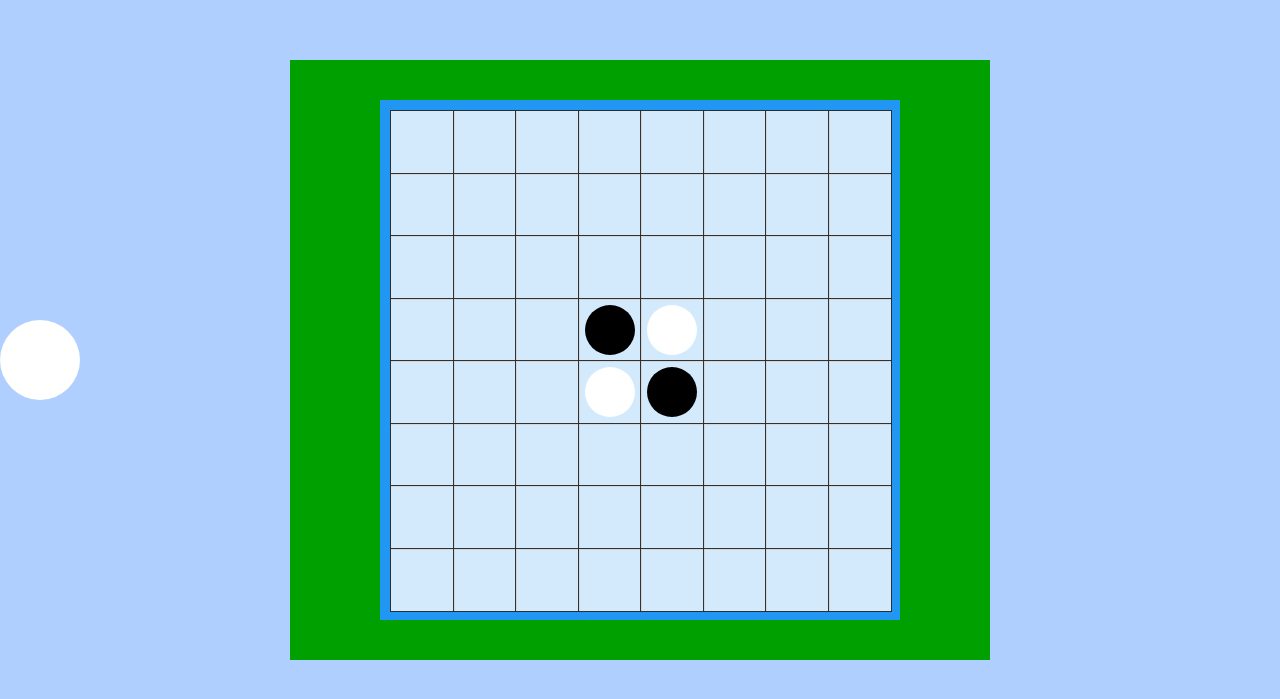
Repository: eliaoucohen72/react-reversi
Page: /
These files come from the project's save history. The page is drawn as it stood at one moment and after the next save; the edit follows.
The browser window is 1280 px wide. The pictures show the whole page.
The project was rebuilt for these pictures with package versions that can differ from the ones it lists, and the page was loaded fresh each time. Also part of the build but not shown: vite.config.ts.

Above is the page before, as saved 2024-09-05 16:07:13.

### src/App.tsx
import { useState } from "react";
import "./App.css";

type Player = "black" | "white";

// Fonction pour vérifier et retourner les pions capturés
const flipPieces = (
  board: string[],
  index: number,
  player: Player
): string[] => {
  const directions = [-1, 1, -8, 8, -9, 9, -7, 7];
  const opponent = player === "black" ? "white" : "black";
  const newBoard = [...board]; // Copier le plateau

  for (const direction of directions) {
    let i = index + direction;
    const toFlip = []; // Pions à retourner

    while (i >= 0 && i < 64 && board[i] === opponent) {
      toFlip.push(i); // Ajouter les positions des pions adverses
      i += direction;
    }

    // Si on trouve un pion du joueur à la fin de la ligne d'adversaires
    if (i >= 0 && i < 64 && board[i] === player) {
      toFlip.forEach((pos) => {
        newBoard[pos] = player; // Retourner les pions
      });
    }
  }

  return newBoard;
};

// Fonction pour vérifier si un coup est valide
const isValidMove = (
  board: string[],
  index: number,
  player: Player
): boolean => {
  if (board[index] !== "empty") return false; // La case doit être vide

  const directions = [-1, 1, -8, 8, -9, 9, -7, 7];
  const opponent = player === "black" ? "white" : "black";

  for (const direction of directions) {
    let i = index + direction;
    let foundOpponent = false;

    while (i >= 0 && i < 64 && board[i] === opponent) {
      i += direction;
      foundOpponent = true;
    }

    // Si un pion du joueur est trouvé après les pions adverses
    if (foundOpponent && i >= 0 && i < 64 && board[i] === player) {
      return true;
    }
  }

  return false;
};

function App() {
  const [currentPlayer, setCurrentPlayer] = useState<Player>("black");
  const [board, setBoard] = useState<string[]>(() => initBoard());

  // Initialiser le plateau avec les pions de départ
  function initBoard(): string[] {
    const initialBoard = Array(64).fill("empty");
    initialBoard[27] = "black";
    initialBoard[28] = "white";
    initialBoard[35] = "white";
    initialBoard[36] = "black";
    return initialBoard;
  }

  const handleClick = (i: number) => {
    if (isValidMove(board, i, currentPlayer)) {
      let newBoard = [...board];
      newBoard[i] = currentPlayer; // Placer le pion
      newBoard = flipPieces(newBoard, i, currentPlayer); // Retourner les pions
      setBoard(newBoard); // Mettre à jour le plateau

      // Passer au joueur suivant
      setCurrentPlayer(currentPlayer === "black" ? "white" : "black");
    } else {
      console.log("Coup invalide");
    }
  };

  return (
    <div className="wrapper">
      <div className="player" />
      <div className="subWrapper">
        <div className="grid-container">
          {board.map((cell, i) => (
            <div className="item" key={i}>
              <div onClick={() => handleClick(i)} className={cell} />
            </div>
          ))}
        </div>
      </div>
    </div>
  );
}

export default App;

### src/App.css
.wrapper {
  width: 100vw;
  height: 100vh;
  background-color: #afcffe;
  position: relative;
}

.player {
  position: absolute;
  width: 80px;
  height: 80px;
  top: 50%;
  left: 0%;
  transform: translate(0%, -50%);
  background-color: #ffffff;
  border-radius: 40px;
  padding: ;
}

.subWrapper {
  position: absolute;
  width: 700px;
  height: 600px;
  background-color: #00a000;
  top: 50%;
  left: 50%;
  transform: translate(-50%, -50%);
  display: flex;
  align-items: center;
  justify-content: center;
}

.grid-container {
  display: grid;
  grid-template-columns: 12.5% 12.5% 12.5% 12.5% 12.5% 12.5% 12.5% 12.5%;
  background-color: #2196f3;
  padding: 10px;
  width: 500px;
  height: 500px;
}
.item {
  background-color: rgba(255, 255, 255, 0.8);
  border: 1px solid rgba(0, 0, 0, 0.8);
  text-align: center;
  font-size: 16px;
  display: flex;
  align-items: center;
  justify-content: center;
  height: 100%;
  width: 100%;
}

.white {
  background-color: rgba(255, 255, 255);
  height: 80%;
  width: 80%;
  border-radius: 30px;
}

.black {
  background-color: rgba(0, 0, 0);
  height: 80%;
  width: 80%;
  border-radius: 30px;
}

.empty {
  height: 80%;
  width: 80%;
  border-radius: 30px;
}

Loaded but not shown: index.html (common file); src/main.tsx (common file); src/index.css (common file)

After the next save:
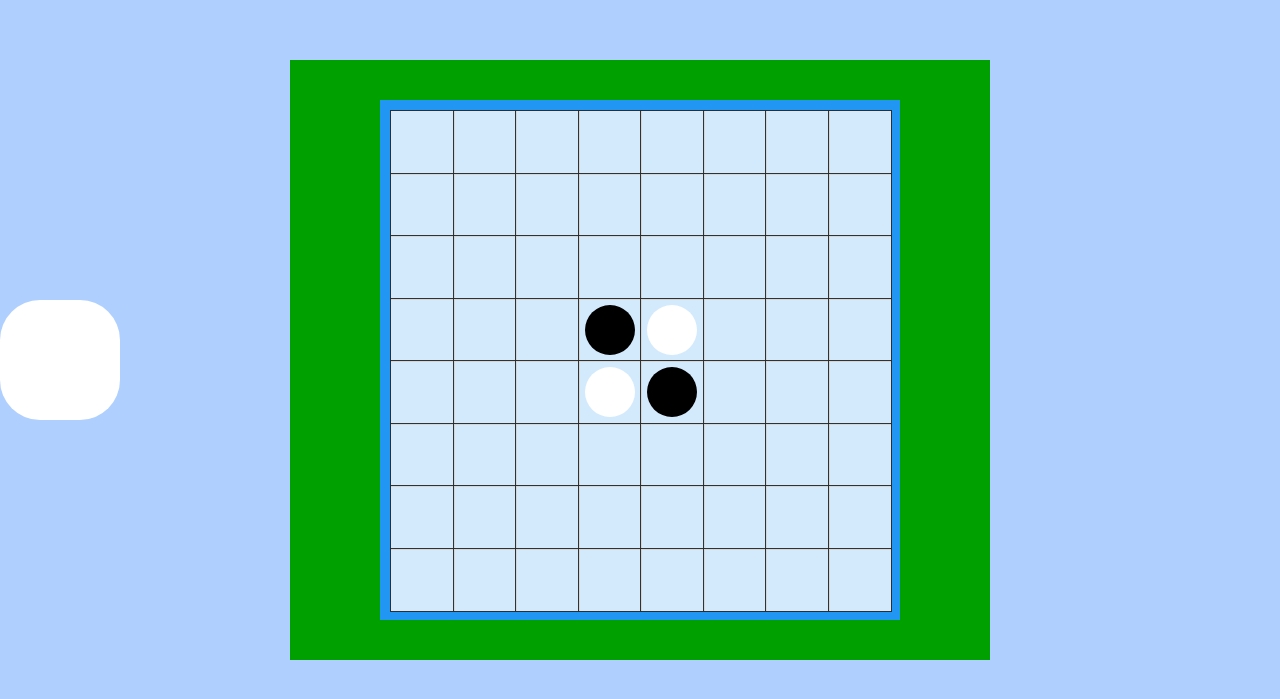
Saved 4 s later.
--- a/src/App.css
+++ b/src/App.css
@@ -14,7 +14,7 @@
   transform: translate(0%, -50%);
   background-color: #ffffff;
   border-radius: 40px;
-  padding: ;
+  padding: 20px;
 }
 
 .subWrapper {
